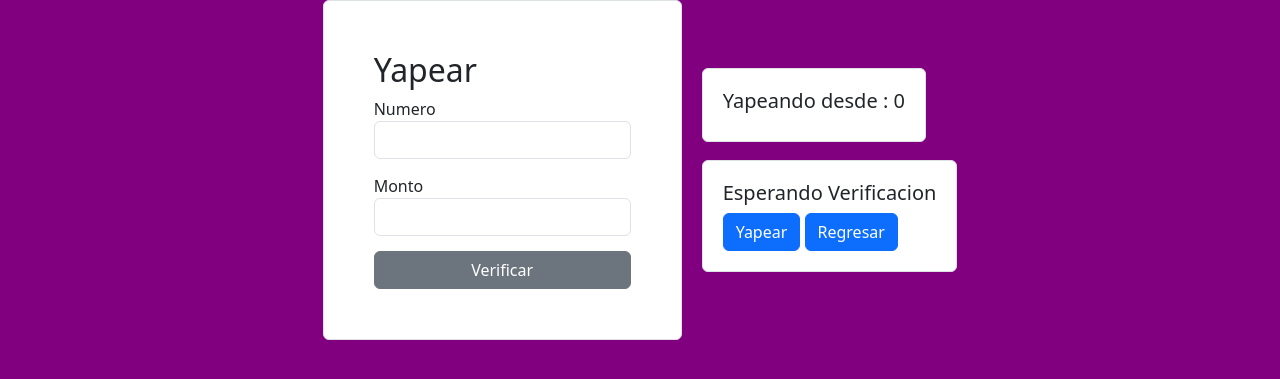
Repository: Gimblet/LP1_Proyecto_Yape
Page: http://localhost/Yape/Yapear.jsp
An editor plug-in stored every save of this project. The page is shown before and after the next save, followed by the edit.
The browser window is 1280 px wide. The pictures show the whole page.
The page is served by Tomcat 9. Other server files are loaded and not shown. Queries for data that is not in the repository find no rows.

Above is the page before, as saved 2024-05-03 01:12:16.

### Yape/src/main/webapp/Yapear.jsp
<%@page import="data.ClaseUtilitaria"%>
<%@page import="gestion.Metodos"%>
<%@ page language="java" contentType="text/html; charset=ISO-8859-1" pageEncoding="ISO-8859-1" %>
<%  //Obtener Numero
	Metodos obtenerNumero = new Metodos();
	int numero = 0;
	if(obtenerNumero.obtenerUsuario() != 0)
		numero = obtenerNumero.obtenerUsuario();
%>
    <!DOCTYPE html>
    <html>

    <head>
        <meta charset="ISO-8859-1">
        <link href="Resources/bootstrap.min.css" rel="stylesheet">
        <title>Nuevo Yapeo</title>
        <style>
        	body{
        		background-color: purple;
				margin: 0;
        	}

            .container {
                display: flex;
                flex-direction: column;
            }

            main{
            	margin: auto;
            	display: flex;
            	gap: 20px;
            }

            aside{
            	display: flex;
            	flex-direction: column;
            	justify-content: center;
            	gap: 18px;
            }

            aside div{
            	padding: 20px;
            	background-color: white;
            }

            .form-container {
                align-self: center;
                padding: 50px 50px 50px 50px;
                background-color: white;
            }

            input:hover {
                cursor: pointer;
            }

            #ver1{
            	width: max-content;
            }

            #ola{
            	display: flex;
            	flex-direction: column;
            	gap: 15px;
            }

            section, aside{
            	witdh: 350px;
            }
        </style>
    </head>

    <body>
        <div class="container">
        <main>
        	<section>
        		<div class="form-container border rounded">
                	<form action="Servlet" method="post">
                	<%
                  	String respuesta = "Esperando Verificacion";
                  	if(request.getAttribute("ValidacionYape") != null){
                	  	ClaseUtilitaria item = (ClaseUtilitaria) request.getAttribute("ValidacionYape");
                	  	if(item.getRespuesta().equals("Datos Conformes")){
                		  	respuesta = item.getRespuesta() + "<br>" +
                          	"Estas Yapeando a : " + item.getNombreRecipiente() + "<br>" +
                          	"El monto de : " + "S/" + item.getMontoRecipiente();
                	  	}
                	  	else{
                			  respuesta = item.getRespuesta();
                	 	 }
                  	}
                	%>
                    	<h2>Yapear</h2>
                    	<div id="ola">
                    		<div class="form-group">
                    			<label>Numero</label>
                    			<input class="form form-control" required type="text" name="txtNumero" <% if(request.getAttribute("ValidacionYape") != null){
                  	  			ClaseUtilitaria item = (ClaseUtilitaria) request.getAttribute("ValidacionYape");
								if(item.getRespuesta().equals("Datos Conformes")){ %> value=<%= item.getNumeroRecipiente() %> <%}} %>>
                    		</div>
                    		<div class="form-group">
                    			<label>Monto</label>
                    			<input class="form form-control" required type="text" name="txtMonto" <% if(request.getAttribute("ValidacionYape") != null){
                  	  			ClaseUtilitaria item = (ClaseUtilitaria) request.getAttribute("ValidacionYape");
								if(item.getRespuesta().equals("Datos Conformes")){ %> value=<%= item.getMontoRecipiente()%> <%} }%>>
                    		</div>
                    		<input class="btn btn-secondary" type="submit" name="type" value="Verificar">
                    	</div>

                	</form>
            	</div>
        	</section>
        	<aside>
        		<div class="border rounded" id="ver1">
        			<h5>Yapeando desde : <%= numero %></h5>
        		</div>
        		<div class="border rounded" id="ver2">
        			<h5><%= respuesta %></h5>
					<input class="btn btn-primary" type="submit" name="type" value="Yapear">
					<a href="Servlet?type=Volver" class="btn btn-primary">Regresar</a>
        		</div>
        	</aside>
        </main>
        </div>
    </body>

    </html>

### Yape/src/main/java/interfaces/IntYape.java
package interfaces;

import java.util.List;

import data.ClaseUtilitaria;
import data.Logins;
import data.Yapes;

public interface IntYape {
	Logins Login(int numero, String clave, String tipoUsr);
	List<Yapes> ListarYapes();
	List<Yapes> ListarTodosLosYapes();
	List<Logins> ListarUsuarios();
	int obtenerUsuario();
	String obtenerTipoUsuario();
	void cerrarSesion();
	ClaseUtilitaria validarYape(int numero, double monto);
	boolean validarYapeEditar(int numeroRec, int numeroRem, double monto, double OGmonto);
	void editarYape(int id, int numeroRec, int numeroRem, double monto, double OGmonto);
	void eliminarYape(int id, int numeroRec, int numeroRem, double OGmonto);
	public void eliminarUsuario(int id);
	Logins obtenerInformacionUsuario(int id);
	void editarUsuario(int id, String nombreApe, double saldo, String clave);
	void yapear(int numero, double monto);
	ClaseUtilitaria obtenerInformacionYape(int id);
	public String formatearFecha(String OGFecha);
	public String formatearHora(String OGHora);
}

### Yape/src/main/java/util/MysqlConexion.java
package util;

import java.sql.Connection;
import java.sql.DriverManager;
import java.sql.SQLException;

public class MysqlConexion {
	public static Connection getConexion() {
		Connection con = null;
		try {
			Class.forName("com.mysql.cj.jdbc.Driver").getDeclaredConstructor().newInstance();
			String url = "jdbc:mysql://localhost:3306/dbYape";
			String usr = "root";
			String psw = "mysql";
			con = DriverManager.getConnection(url, usr, psw);
		} catch(ClassNotFoundException e) {
			System.out.println("Error con el Driver de Base de Datos" + e.getMessage());
		} catch(SQLException e){
			System.out.println("Error con la base de datos" + e.getMessage());
		} catch(Exception e) {
			System.out.println("Error General" + e.getMessage());
		}
		return con;
	}

	public static void closeConnection(Connection con) {
		try {
			con.close();
		} catch(SQLException e) {
			System.out.println("Problemas al cerrar la conexion");
			e.printStackTrace();
		}
	}
}

Loaded but not shown: Yape/src/main/webapp/Resources/bootstrap.min.css (library); Yape/src/main/java/gestion/Metodos.java (896 lines, source omitted)

After the next save:
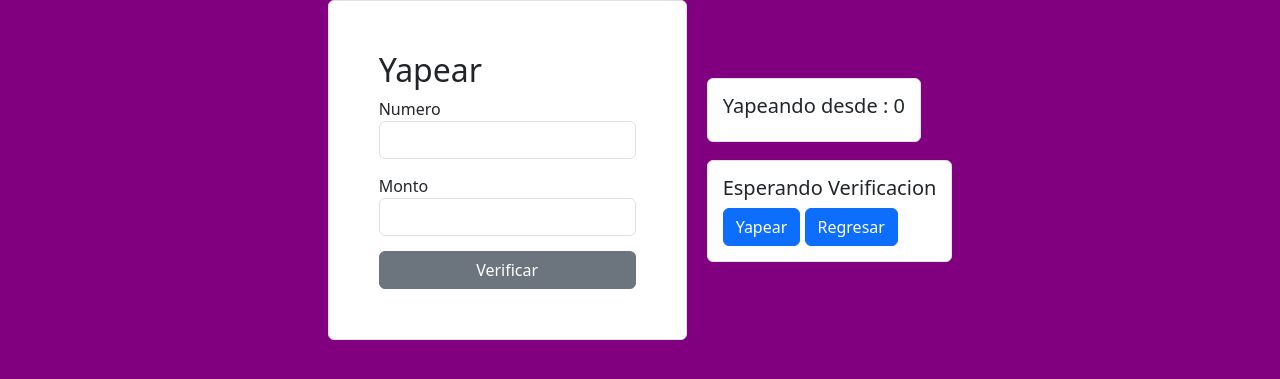
Saved 7 s later.
--- a/Yape/src/main/webapp/Yapear.jsp
+++ b/Yape/src/main/webapp/Yapear.jsp
@@ -39,7 +39,7 @@
             }
 
             aside div{
-            	padding: 20px;
+            	padding: 15px;
             	background-color: white;
             }
 
